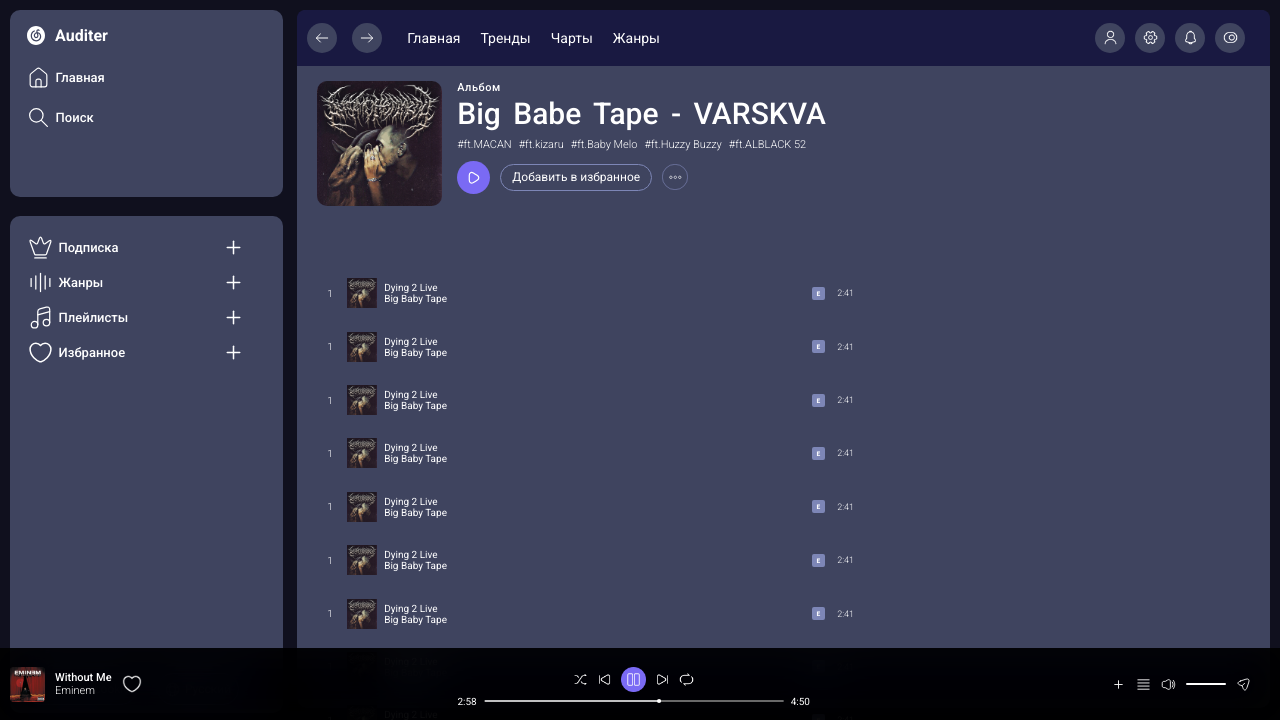
Repository: MaksimKrupkin/music_app
Page: /tracklist
An editor plug-in stored every save of this project. The page is shown before and after the next save, followed by the edit.
The browser window is 1280 px wide. The pictures show the whole page.
The project was rebuilt for these pictures with package versions that can differ from the ones it lists, and the page was loaded fresh each time. Also part of the build but not shown: vite.config.ts, src/Pages/MainPage_demo/MainPage_demo.module.scss, src/Components/MainScreenDemo/MainScreenDemo.module.scss, src/Components/MainScreenHeaderDemo/MainScreenHeaderDemo.module.scss, src/Components/MainScreenHeaderDemo/MainScreenHeaderDemo.tsx, src/Components/MainScreenDemo/Charts/Charts.module.scss, src/Components/MainScreenDemo/Charts/Charts.tsx, src/Components/Card/Card.module.scss and 11 more.

Above is the page before, as saved 2024-02-26 12:04:42.

After the next save:
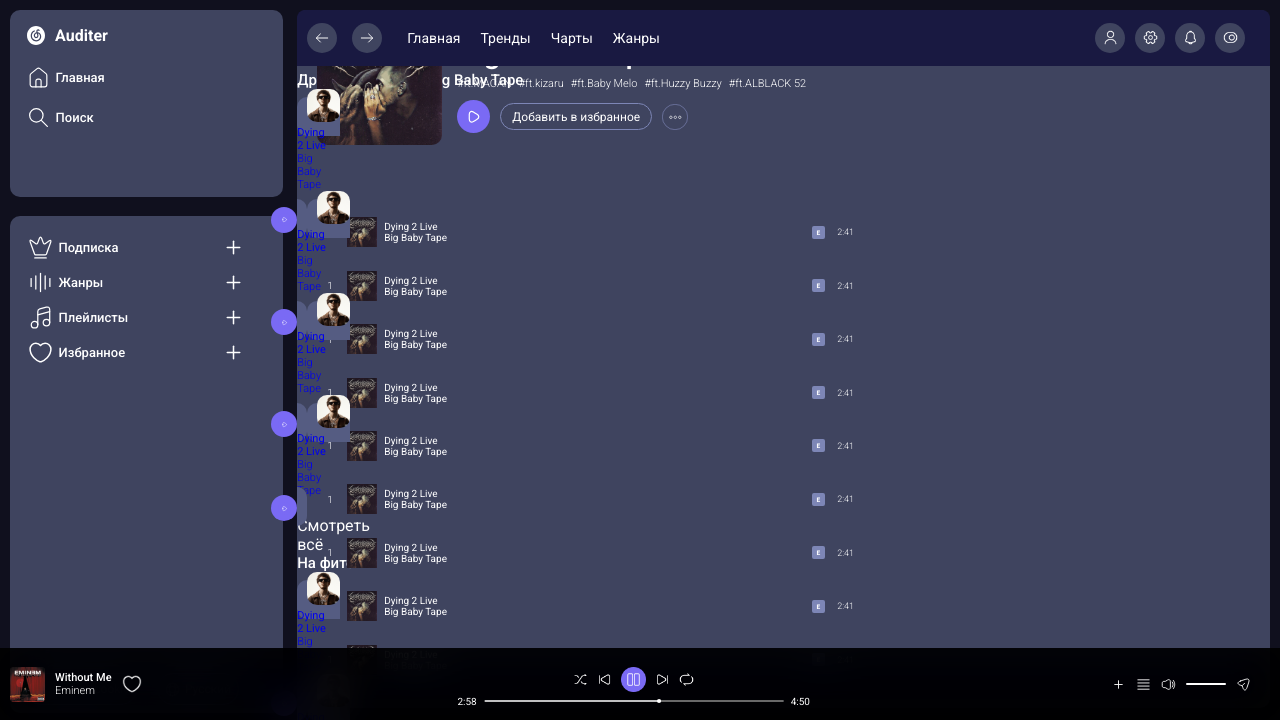
Saved 17 s later.
--- a/src/Components/TrackListScreen/TrackListScreen.module.scss
+++ b/src/Components/TrackListScreen/TrackListScreen.module.scss
@@ -1,4 +1,5 @@
 .main {
+  position: relative;
   box-sizing: border-box;
   position: fixed;
   top: 0;
@@ -10,6 +11,8 @@
   border-radius: 10px;
 }
 .left_wrapper {
+  position: absolute;
+  top: 0;
   box-sizing: border-box;
   width: 65%;
   padding-left: 20px;
